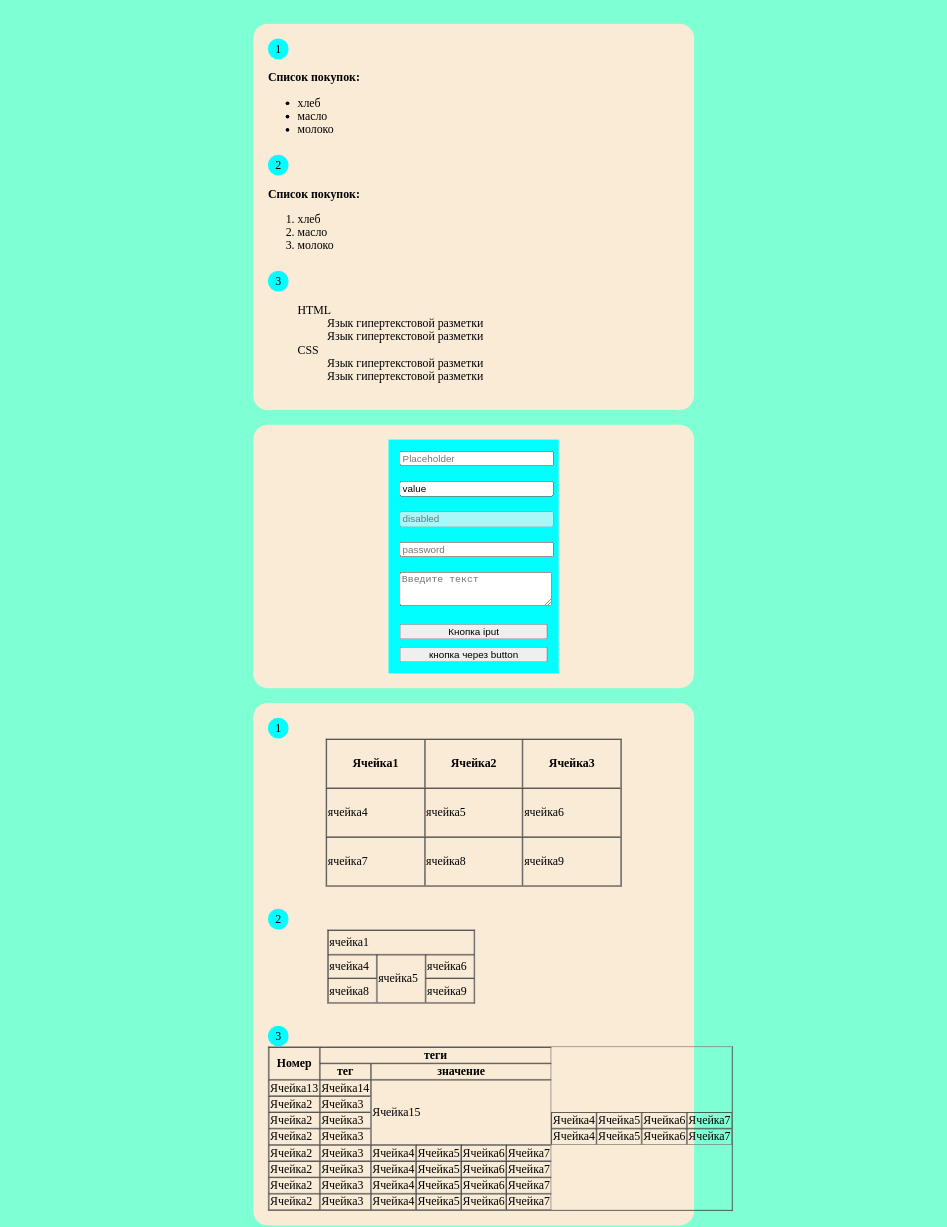
Repository: Savich01/-
Page: html/index.html
An editor plug-in stored every save of this project. The page is shown before and after the next save, followed by the edit.
The browser window is 1280 px wide. The pictures show the whole page, at 74% of full size.

Above is the page before, as saved 2024-05-31 17:23:53.

After the next save:
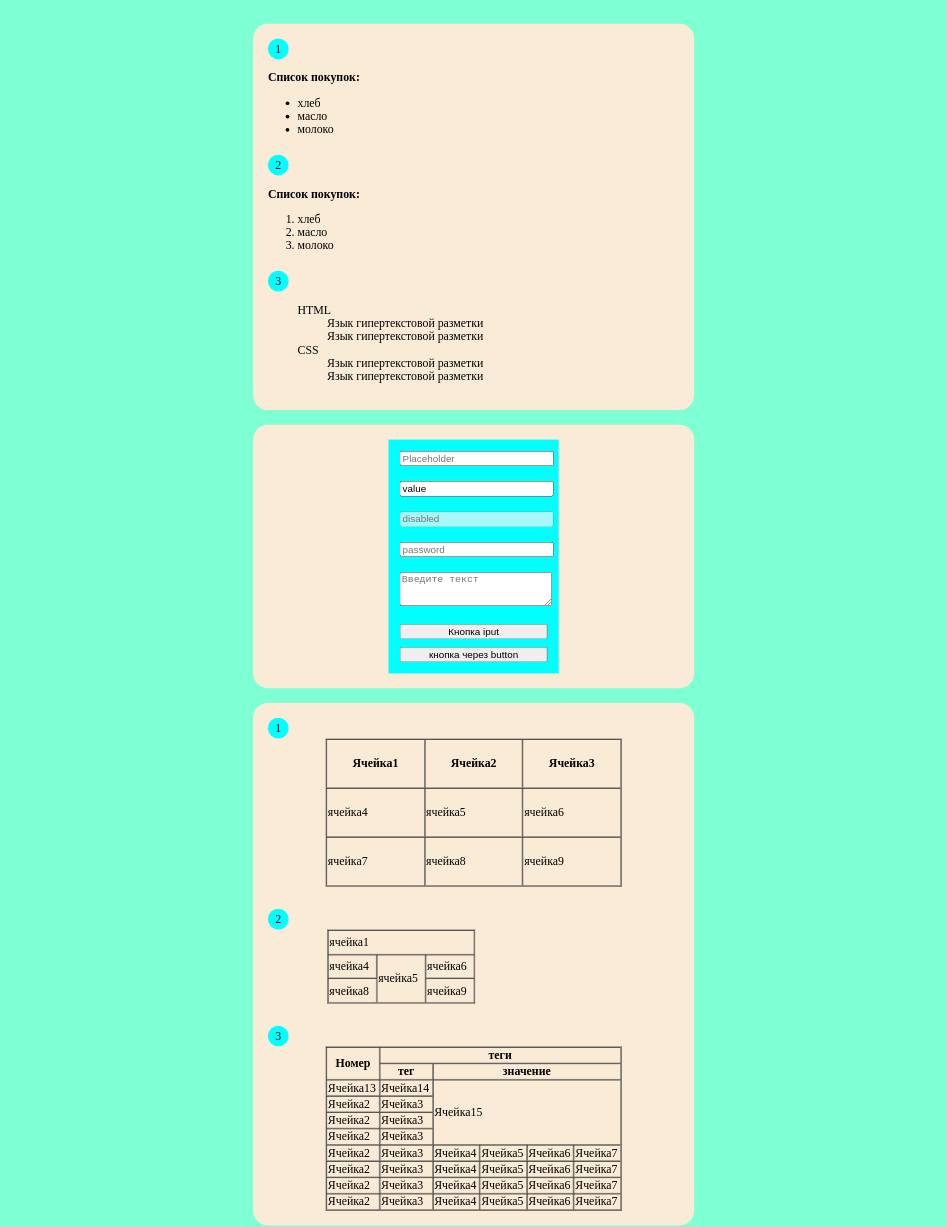
Saved 20 s later.
--- a/html/index.html
+++ b/html/index.html
@@ -140,18 +140,18 @@
                     <tr>
                         <td>Ячейка2</td>
                         <td>Ячейка3</td>
-                        <td>Ячейка4</td>
-                        <td>Ячейка5</td>
-                        <td>Ячейка6</td>
-                        <td>Ячейка7</td>
+                        <!-- <td>Ячейка4</td> -->
+                        <!-- <td>Ячейка5</td> -->
+                        <!-- <td>Ячейка6</td> -->
+                        <!-- <td>Ячейка7</td> -->
                     </tr>
                     <tr>
                         <td>Ячейка2</td>
                         <td>Ячейка3</td>
-                        <td>Ячейка4</td>
-                        <td>Ячейка5</td>
-                        <td>Ячейка6</td>
-                        <td>Ячейка7</td>
+                        <!-- <td>Ячейка4</td> -->
+                        <!-- <td>Ячейка5</td> -->
+                        <!-- <td>Ячейка6</td> -->
+                        <!-- <td>Ячейка7</td> -->
                     </tr>
                     <tr>
                         <td>Ячейка2</td>
